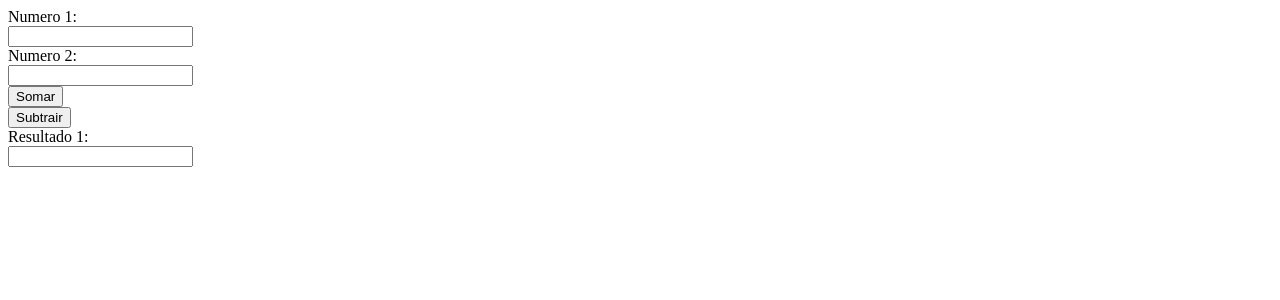
Repository: charles014/curso-react-2020
Page: / (app in react-funcional/)
The author's editor kept a copy of each file at every save. The page is drawn from the files as they stood at one save, then again after the next save.
The browser window is 1280 px wide. The pictures show the whole page.
The project was rebuilt for these pictures with package versions that can differ from the ones it lists, and the page was loaded fresh each time.

Above is the page before, as saved 2020-09-21 15:54:37.

After the next save:
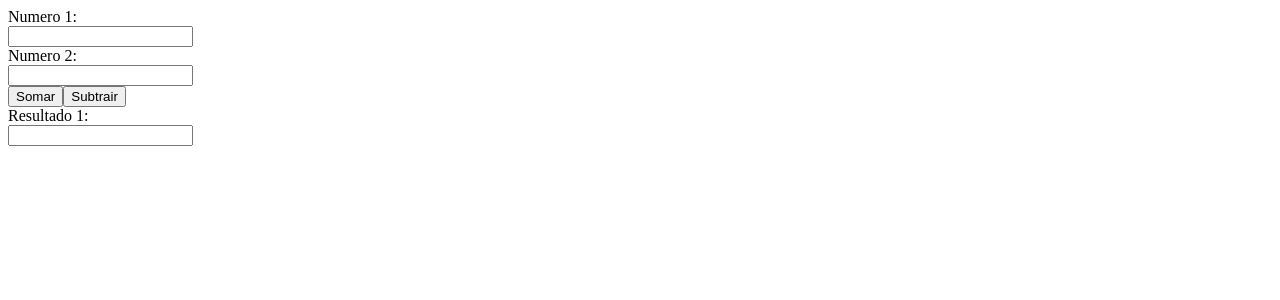
Saved 13 s later.
--- a/react-funcional/src/reducer/index.js
+++ b/react-funcional/src/reducer/index.js
@@ -37,7 +37,7 @@ function ReducerHook() {
       Numero 2: <br />
             <input type="text" value={segundoNumero}
                 onChange={e => setSegundoNumero(e.target.value)} /><br />
-            <button onClick={somar}>Somar</button> <br />
+            <button onClick={somar}>Somar</button>
             <button onClick={subtrair}>Subtrair</button> <br />
       Resultado 1: <br />
             <input type="text" value={store.resultado} readOnly/><br />
